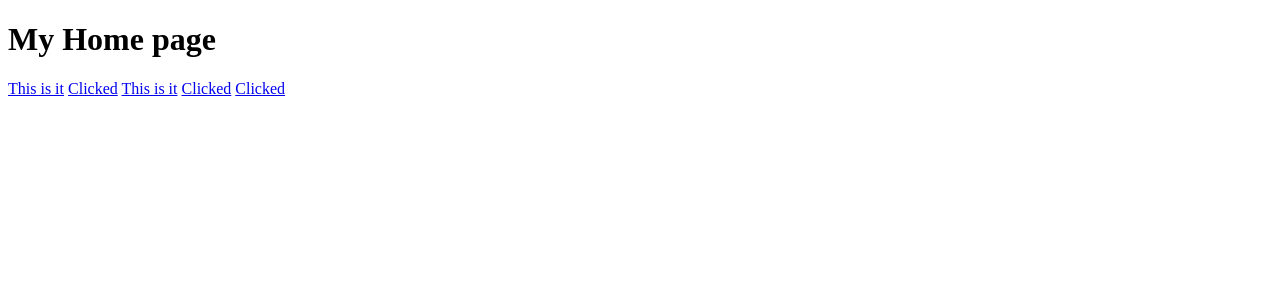
Repository: dan-10/Deloitte
Page: DeloitteTrainig/SpringMVCDemo/WebContent/Index.html
An editor plug-in stored every save of this project. The page is shown before and after the next save, followed by the edit.
The browser window is 1280 px wide. The pictures show the whole page.

Above is the page before, as saved 2019-08-01 09:34:59.

### DeloitteTrainig/SpringMVCDemo/WebContent/Index.html
<!DOCTYPE html>
<html>
<head>
<meta charset="ISO-8859-1">
<title>Insert title here</title>
</head>
<body>
<h1>My Home page</h1>
<a href = "Add.do">This is it</a>
<a href = "Update.do">Clicked</a>
<a href = "Delete.do">This is it</a>
<a href = "Find.do">Clicked</a>
<a href = "FindAll.do">Clicked</a>
</body>
</html>

After the next save:
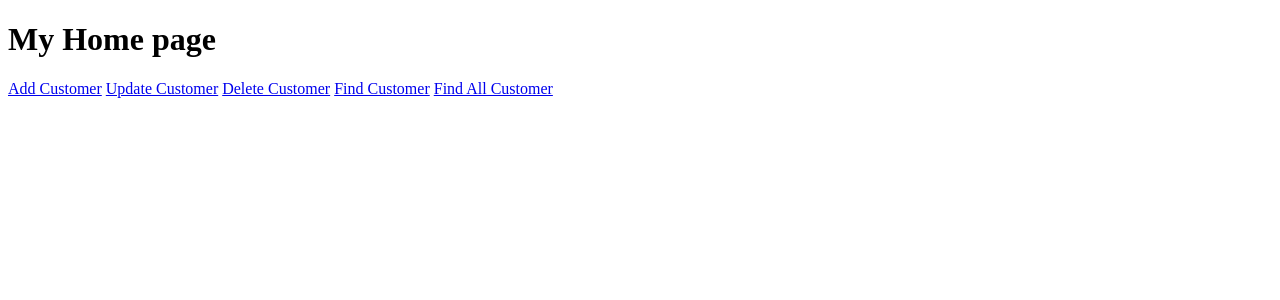
Saved 50 s later.
--- a/DeloitteTrainig/SpringMVCDemo/WebContent/Index.html
+++ b/DeloitteTrainig/SpringMVCDemo/WebContent/Index.html
@@ -6,10 +6,10 @@
 </head>
 <body>
 <h1>My Home page</h1>
-<a href = "Add.do">This is it</a>
-<a href = "Update.do">Clicked</a>
-<a href = "Delete.do">This is it</a>
-<a href = "Find.do">Clicked</a>
-<a href = "FindAll.do">Clicked</a>
+<a href = "Add.do">Add Customer</a>
+<a href = "Update.do">Update Customer</a>
+<a href = "Delete.do">Delete Customer</a>
+<a href = "Find.do">Find Customer</a>
+<a href = "FindAll.do">Find All Customer</a>
 </body>
 </html>
